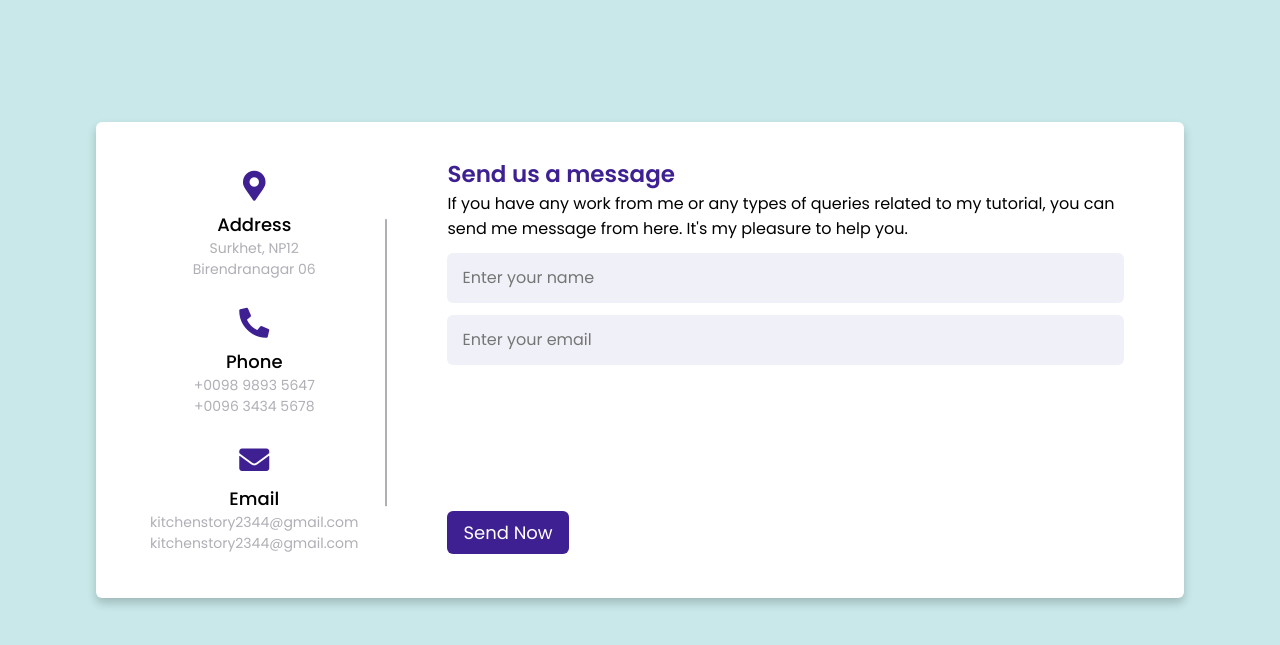
Repository: manishmachha/project-kitchenStory
Page: http://localhost/Phase_4_Kitchen_Story/messageus.jsp
The author's editor kept a copy of each file at every save. The page is drawn from the files as they stood at one save, then again after the next save.
The browser window is 1280 px wide. The pictures show the whole page.
The page is served by Tomcat 10. Other server files are loaded and not shown.

Above is the page before, as saved 2022-03-08 07:44:51.

### Phase 4 Kitchen Story/src/main/webapp/messageus.jsp
<%@ page language="java" contentType="text/html; charset=ISO-8859-1"
	pageEncoding="ISO-8859-1"%>
<!DOCTYPE html>
<!-- Created By CodingLab - www.codinglabweb.com -->
<html lang="en" dir="ltr">
  <head>
    <meta charset="UTF-8">
   <!-- <title> Responsive Contact Us Form  | CodingLab </title>

    <!-- Fontawesome CDN Link -->
    <link rel="stylesheet" href="https://cdnjs.cloudflare.com/ajax/libs/font-awesome/5.15.2/css/all.min.css"/>
    <link rel="stylesheet" href="css/messageus.css">
     <meta name="viewport" content="width=device-width, initial-scale=1.0">
   </head>
<body>
  <div class="container">
    <div class="content">
      <div class="left-side">
        <div class="address details">
          <i class="fas fa-map-marker-alt"></i>
          <div class="topic">Address</div>
          <div class="text-one">Surkhet, NP12</div>
          <div class="text-two">Birendranagar 06</div>
        </div>
        <div class="phone details">
          <i class="fas fa-phone-alt"></i>
          <div class="topic">Phone</div>
          <div class="text-one">+0098 9893 5647</div>
          <div class="text-two">+0096 3434 5678</div>
        </div>
        <div class="email details">
          <i class="fas fa-envelope"></i>
          <div class="topic">Email</div>
          <div class="text-one">kitchenstory2344@gmail.com</div>
          <div class="text-two">kitchenstory2344@gmail.com</div>
        </div>
      </div>
      <div class="right-side">
        <div class="topic-text">Send us a message</div>
        <p>If you have any work from me or any types of queries related to my tutorial, you can send me message from here. It's my pleasure to help you.</p>
      <form action="#">
        <div class="input-box">
          <input type="text" placeholder="Enter your name">
        </div>
        <div class="input-box">
          <input type="text" placeholder="Enter your email">
        </div>
        <div class="input-box message-box">

        </div>
        <div class="button">
          <input type="button" value="Send Now" >
        </div>
      </form>
    </div>
    </div>
  </div>
</body>
</html>

### Phase 4 Kitchen Story/src/main/webapp/css/messageus.css
/* Google Font CDN Link */
@import url('https://fonts.googleapis.com/css2?family=Poppins:wght@200;300;400;500;600;700&display=swap');
*{
  margin: 0;
  padding: 0;
  box-sizing: border-box;
  font-family: "Poppins" , sans-serif;
}
body{
  min-height: 100vh;
  width: 100%;
  background: #c8e8e9;
  display: flex;
  align-items: center;
  justify-content: center;
}
.container{
  width: 85%;
  background: #fff;
  border-radius: 6px;
  padding: 20px 60px 30px 40px;
  box-shadow: 0 5px 10px rgba(0, 0, 0, 0.2);
}
.container .content{
  display: flex;
  align-items: center;
  justify-content: space-between;
}
.container .content .left-side{
  width: 25%;
  height: 100%;
  display: flex;
  flex-direction: column;
  align-items: center;
  justify-content: center;
  margin-top: 15px;
  position: relative;
}
.content .left-side::before{
  content: '';
  position: absolute;
  height: 70%;
  width: 2px;
  right: -15px;
  top: 50%;
  transform: translateY(-50%);
  background: #afafb6;
}
.content .left-side .details{
  margin: 14px;
  text-align: center;
}
.content .left-side .details i{
  font-size: 30px;
  color: #3e2093;
  margin-bottom: 10px;
}
.content .left-side .details .topic{
  font-size: 18px;
  font-weight: 500;
}
.content .left-side .details .text-one,
.content .left-side .details .text-two{
  font-size: 14px;
  color: #afafb6;
}
.container .content .right-side{
  width: 75%;
  margin-left: 75px;
}
.content .right-side .topic-text{
  font-size: 23px;
  font-weight: 600;
  color: #3e2093;
}
.right-side .input-box{
  height: 50px;
  width: 100%;
  margin: 12px 0;
}
.right-side .input-box input,
.right-side .input-box textarea{
  height: 100%;
  width: 100%;
  border: none;
  outline: none;
  font-size: 16px;
  background: #F0F1F8;
  border-radius: 6px;
  padding: 0 15px;
  resize: none;
}
.right-side .message-box{
  min-height: 110px;
}
.right-side .input-box textarea{
  padding-top: 6px;
}
.right-side .button{
  display: inline-block;
  margin-top: 12px;
}
.right-side .button input[type="button"]{
  color: #fff;
  font-size: 18px;
  outline: none;
  border: none;
  padding: 8px 16px;
  border-radius: 6px;
  background: #3e2093;
  cursor: pointer;
  transition: all 0.3s ease;
}
.button input[type="button"]:hover{
  background: #5029bc;
}

@media (max-width: 950px) {
  .container{
    width: 90%;
    padding: 30px 40px 40px 35px ;
  }
  .container .content .right-side{
   width: 75%;
   margin-left: 55px;
}
}
@media (max-width: 820px) {
  .container{
    margin: 40px 0;
    height: 100%;
  }
  .container .content{
    flex-direction: column-reverse;
  }
 .container .content .left-side{
   width: 100%;
   flex-direction: row;
   margin-top: 40px;
   justify-content: center;
   flex-wrap: wrap;
 }
 .container .content .left-side::before{
   display: none;
 }
 .container .content .right-side{
   width: 100%;
   margin-left: 0;
 }
}

After the next save:
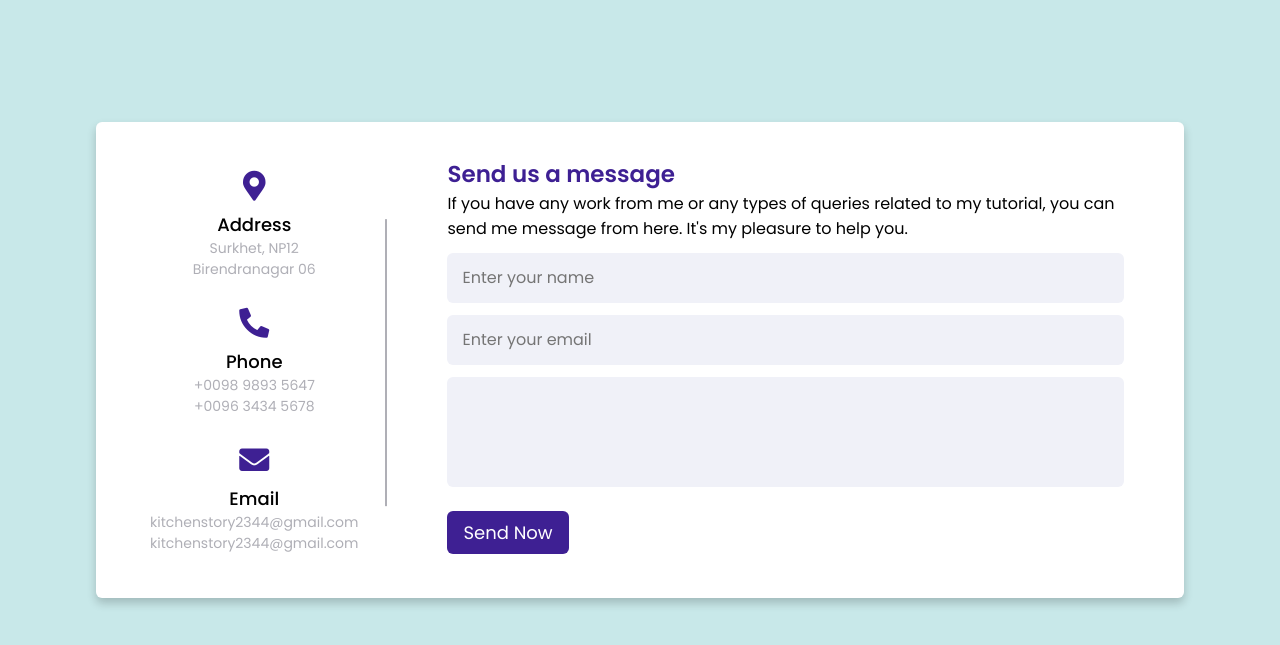
Saved 97 s later.
--- a/Phase 4 Kitchen Story/src/main/webapp/messageus.jsp
+++ b/Phase 4 Kitchen Story/src/main/webapp/messageus.jsp
@@ -46,7 +46,7 @@
           <input type="text" placeholder="Enter your email">
         </div>
         <div class="input-box message-box">
-
+          <textarea rows="7" cols=""></textarea>
         </div>
         <div class="button">
           <input type="button" value="Send Now" >
